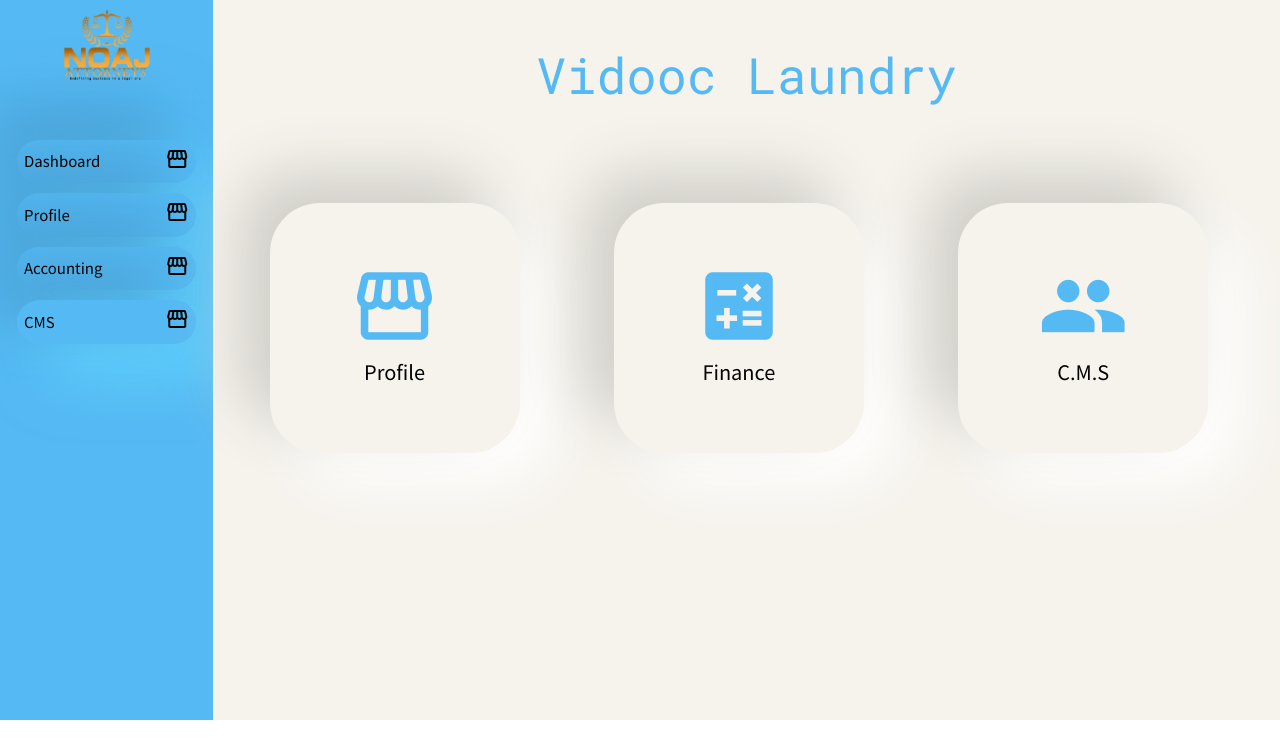
Repository: latenightsnacc/AllinOne
Page: Design/index.html
The author's editor kept a copy of each file at every save. The page is drawn from the files as they stood at one save, then again after the next save.
The browser window is 1280 px wide. The pictures show the whole page.
The style sheet was rebuilt from its Sass, Less or Tailwind sources for each picture, by a compiler version that may differ from the author's.

Above is the page before, as saved 2020-09-16 15:05:12.

### Design/index.html
<!DOCTYPE html>
<html lang="en">
<head>
    <meta charset="UTF-8">
    <meta name="viewport" content="width=device-width, initial-scale=1.0">
    <!--Icons-->
    <link href="https://fonts.googleapis.com/icon?family=Material+Icons" rel="stylesheet">
    <!-- Compiled and minified CSS -->
    <link rel="stylesheet" href="https://cdnjs.cloudflare.com/ajax/libs/materialize/1.0.0/css/materialize.min.css">
    <link rel="stylesheet" href="https://stackpath.bootstrapcdn.com/bootstrap/5.0.0-alpha1/css/bootstrap.min.css" integrity="sha384-r4NyP46KrjDleawBgD5tp8Y7UzmLA05oM1iAEQ17CSuDqnUK2+k9luXQOfXJCJ4I" crossorigin="anonymous">
    <!--Custom css-->
    <link rel="stylesheet" href="Styles.css">
    <title>Welcome Page</title>
</head>
<body>
    <div class="row g-0">
        <div class="col-xs-3 col-sm-3 col-md-2 col-lg-2 col-xl-2">
            <div class="sidebar text-center">
                <a href="index.html" class="pt-5">

                    <img src="/assets/logo.png" alt="Logo"  width="120px"/>
                </a>
                <div class="container">
                    <ul class="side-menu">
                        <li class="side-link">
                            <a href="index.html">
                                <span class="nav-title">Dashboard</span>
                                <span class="nav-icon">
                                    <i class=" material-icons">storefront</i>
                                </span>

                            </a>
                        </li>
                        <li class="side-link">
                            <a href="index.html">
                                <span class="nav-title">Profile</span>
                                <span class="nav-icon">
                                    <i class=" material-icons">storefront</i>
                                </span>

                            </a>
                        </li >
                        <li class="side-link">
                            <a href="index.html">
                                <span class="nav-title">Accounting</span>
                                <span class="nav-icon">
                                    <i class=" material-icons">storefront</i>
                                </span>

                            </a>
                        </li>
                        <li class="side-link">
                            <a href="index.html">
                                <span class="nav-title">CMS</span>
                                <span class="nav-icon">
                                    <i class=" material-icons">storefront</i>
                                </span>

                            </a>
                        </li>
                    </ul>
                </div>
            </div>
        </div>

        <div class="col-xs-9 col-sm-9 col-md-10 col-lg-10 col-xl-10">
            <div class="wrapper">
                <div class="welcome-box py-5 text-center">
                    <h1 class="biz-title">Vidooc Laundry</h1>
                </div>
                <div class="row ml-5 py-5">
                    <div class="col-xs-12 col-sm-12 col-md-4 col-lg-4 col-xl-4 col-xxl-4">
                        <a href="#">
                            <div class="cardNew greyBs">
                                <div class="card-content">
                                    <div class="card-icon">
                                        <i class="large material-icons">storefront</i>
                                    </div>
                                    <div class="card-title text-center">Profile</div>

                                </div>
                            </div>
                        </a>
                    </div>
                    <div class="col-xs-12 col-sm-12 col-md-4 col-lg-4 col-xl-4 col-xxl-4">
                        <a href="#">
                            <div class="cardNew greyBs">
                                <div class="card-content">
                                    <div class="card-icon">
                                        <i class="large material-icons">calculate</i>
                                    </div>
                                    <div class="card-title text-center">Finance</div>

                                </div>
                            </div>
                        </a>
                    </div>
                    <div class="col-xs-12 col-sm-12 col-md-4 col-lg-4 col-xl-4 col-xxl-4">
                        <a href="#">
                            <div class="cardNew greyBs">
                                <div class="card-content">
                                    <div class="card-icon">
                                        <i class="large material-icons">people</i>
                                    </div>
                                    <div class="card-title text-center">C.M.S</div>

                                </div>
                            </div>
                        </a>
                    </div>
                </div>
            </div>

        </div>
    </div>


    <script src="https://cdn.jsdelivr.net/npm/popper.js@1.16.0/dist/umd/popper.min.js" integrity="sha384-Q6E9RHvbIyZFJoft+2mJbHaEWldlvI9IOYy5n3zV9zzTtmI3UksdQRVvoxMfooAo" crossorigin="anonymous"></script>
    <script src="https://stackpath.bootstrapcdn.com/bootstrap/5.0.0-alpha1/js/bootstrap.min.js" integrity="sha384-oesi62hOLfzrys4LxRF63OJCXdXDipiYWBnvTl9Y9/TRlw5xlKIEHpNyvvDShgf/" crossorigin="anonymous"></script>
</body>
</html>

### Design/Styles.scss
@import 'variables';

*{
    margin: 0;
    padding: 0;
    box-sizing: border-box;
    list-style: none;
    text-decoration: none;

}
body, html {
    overflow: hidden;
}

.sidebar, .wrapper {
    height: 100vh;
}

.sidebar {
    background-color: $blue;


}
.side-menu {
    margin-top: 50px;
    .side-link{
        background-color: $blue;
        font-family: $fontNoto;
        margin: 10px 2px;
        padding: 7px;
        border-radius: 50px;
                box-shadow: $bsBlue;
        a{
            color: $dark;
            display: flex;
            width: 100%;
            justify-content: space-between;
            align-items: center;

            .active, &:hover {
                color: $grey;
            }
        }



    }

}
.wrapper {
    background-color: $grey;
}
.greyBs {
    background-color: $grey;
    box-shadow: $bsGrey;
    border-radius: $borderR;
    color: $blue;
}
.cardNew{
    display: flex;
    flex-direction: column;
    align-items: center;
    justify-content: center;
    width: 250px;
    height: 250px;

}
.card-title {
    font-family: $fontNoto;
    font-size: 20px;
    color: black;
}
.biz-title {
    font-family: $fontRoboto;
    font-size: 50px;
    color: $blue;
}

a {
    text-decoration: none;
}

### Design/_variables.scss
@import url('https://fonts.googleapis.com/css2?family=Roboto+Mono&display=swap');
@import url('https://fonts.googleapis.com/css2?family=Noto+Sans+HK&display=swap');

$fontRoboto: 'Roboto Mono', monospace;
$fontNoto: 'Noto Sans HK', sans-serif;
$blue: #55b9f3;
$white: #fff;
// $grey: #bdcfe5;
$grey: #f6f3ed;
$borderR: 50px;
$dark: black;
$Brb: 50px;
$bsGrey:  -30px -30px 60px #d1cfc9,
30px 30px 60px #ffffff;
$bsBlue:  -30px -30px 60px #489dcf,
30px 30px 60px #62d5ff;;

After the next save:
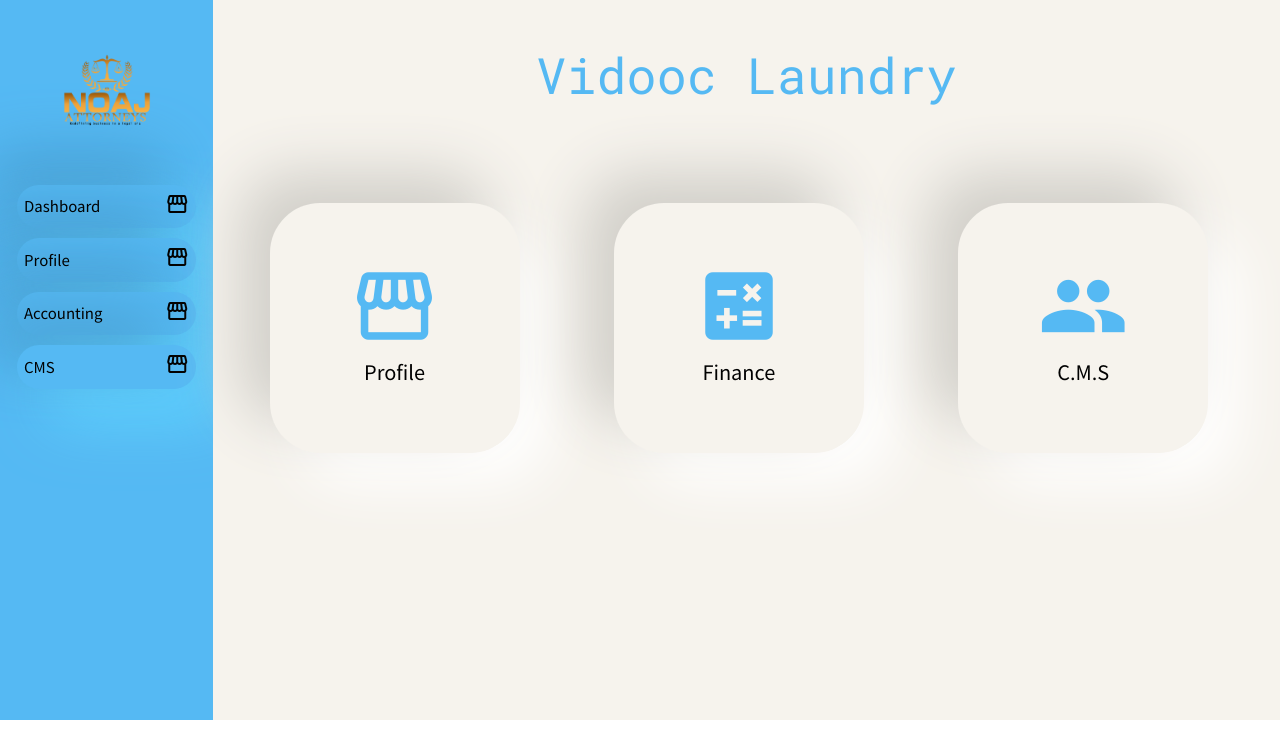
Saved 16 s later.
--- a/Design/index.html
+++ b/Design/index.html
@@ -15,8 +15,8 @@
 <body>
     <div class="row g-0">
         <div class="col-xs-3 col-sm-3 col-md-2 col-lg-2 col-xl-2">
-            <div class="sidebar text-center">
-                <a href="index.html" class="pt-5">
+            <div class="sidebar text-center  pt-5">
+                <a href="index.html">
 
                     <img src="/assets/logo.png" alt="Logo"  width="120px"/>
                 </a>
